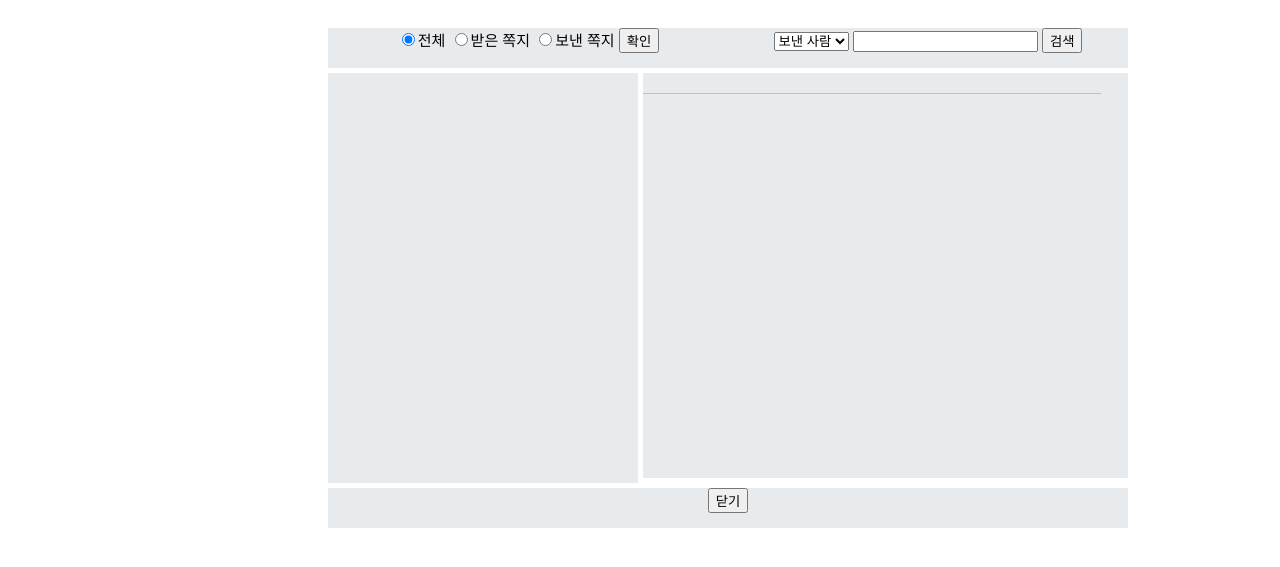
Repository: heebedev/TheJoeun_JSP
Page: http://localhost/TeamProject_05/messageFinal.jsp
These files come from the project's save history. The page is drawn as it stood at one moment and after the next save; the edit follows.
The browser window is 1280 px wide. The pictures show the whole page.
The page is served by Tomcat 9.

Above is the page before, as saved 2020-06-17 03:40:22.

After the next save:
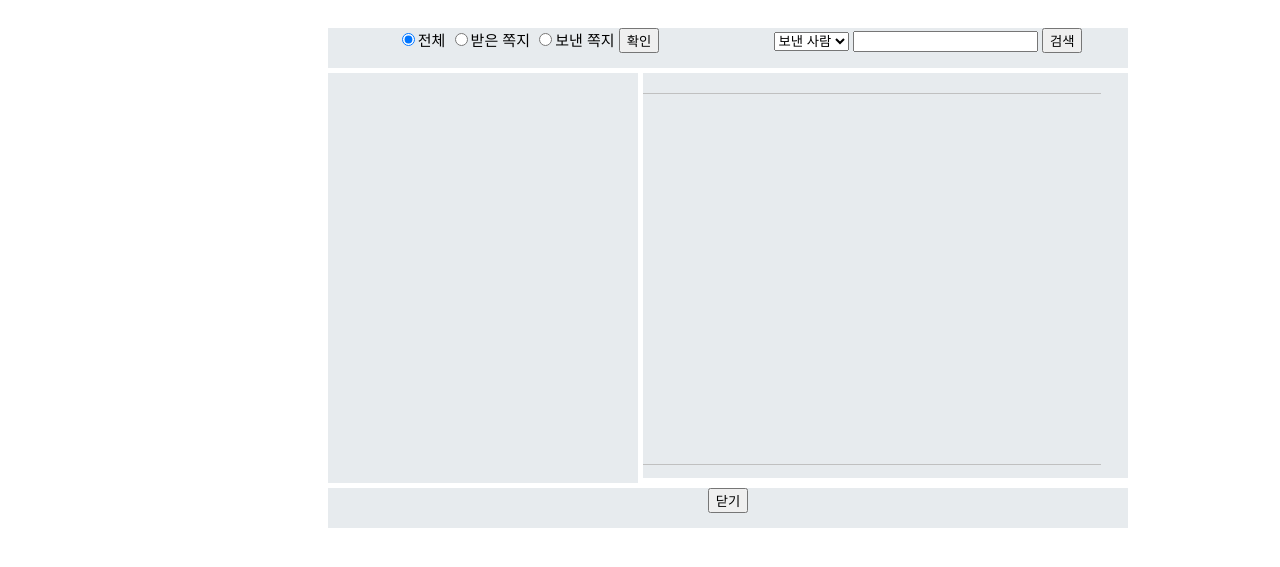
Saved 14 s later.
--- a/TeamProject_05/WebContent/messageFinal.jsp
+++ b/TeamProject_05/WebContent/messageFinal.jsp
@@ -35,7 +35,7 @@
 	.detail_send { grid-area: detailsend; width:458px; font-weight: bold; text-align: left; padding-top:20px; padding-left:20px;}
 	.detail_receive { grid-area: detailreceive; width:458px; font-weight: bold; text-align: left; padding-left:20px;}
 	.detaildate { grid-area: detaildate; padding-top: 20px; width:458px; }
-	.detailmessage { grid-area: detailmessage; vertical-align: bottom; padding-top:20px; width:458px; border-bottom: 1px solid silver; border-top: 1px solid silver; height:400px;}
+	.detailmessage { grid-area: detailmessage; vertical-align: bottom; padding-top:20px; width:458px; border-bottom: 1px solid silver; border-top: 1px solid silver; height:350px;}
 
 
 	.grid-container {
